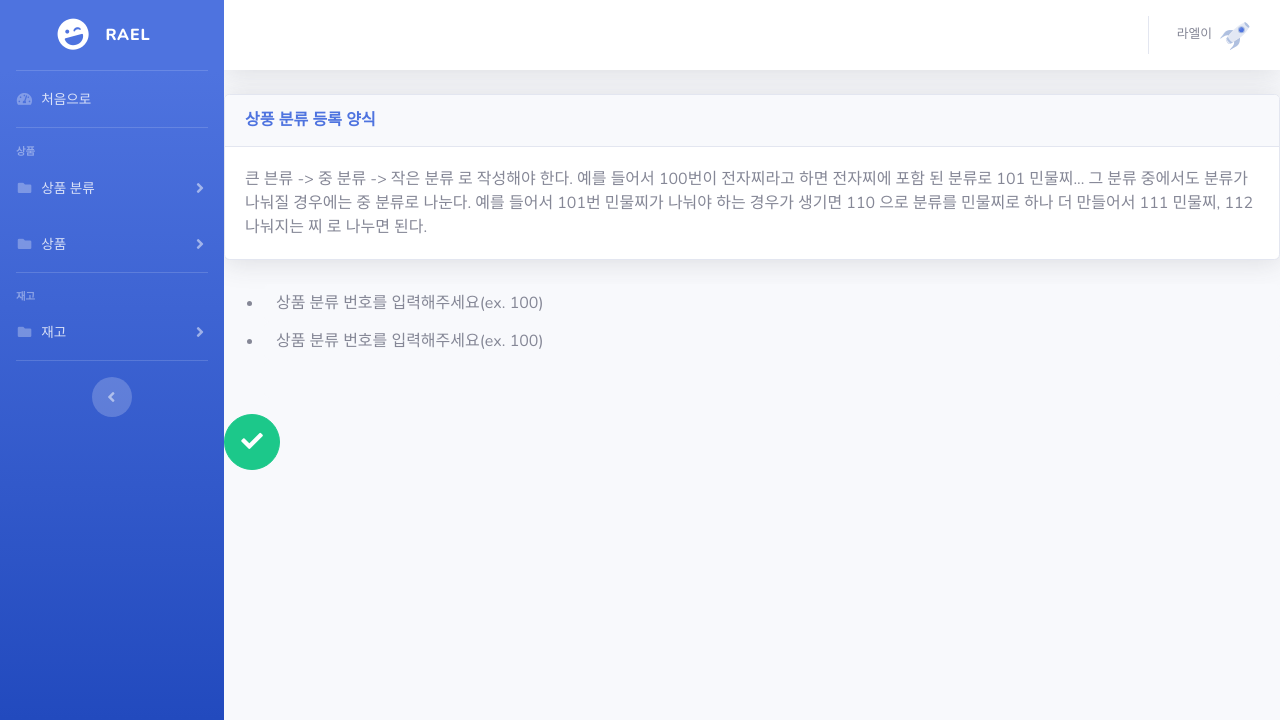
Repository: sww232/springRaelProject
Page: http://localhost/rael/WEB-INF/views/product/category_insert.jsp
The author's editor kept a copy of each file at every save. The page is drawn from the files as they stood at one save, then again after a run of saves.
The browser window is 1280 px wide. The pictures show the whole page.
The page is served by Tomcat 9. Nobody is signed in. Other server files are loaded and not shown. The template is opened directly, without the code that normally fills it, so the values that code supplies are empty.

Above is the page before, as saved 2022-10-06 18:39:22.

### raelproject3/rael/src/main/webapp/WEB-INF/views/product/category_insert.jsp
<%@ page language="java" contentType="text/html; charset=UTF-8" pageEncoding="UTF-8"%>
<%@ taglib uri="http://java.sun.com/jsp/jstl/core" prefix="c" %>
<%@ taglib prefix="sql" uri="http://java.sun.com/jsp/jstl/sql" %>
<%@ taglib prefix="fmt" uri="http://java.sun.com/jsp/jstl/fmt" %>
<!DOCTYPE html>
<html>
<head>
	    <meta name="viewport" content="width=device-width, initial-scale=1, shrink-to-fit=no">
	    <meta name="description" content="">
	    <meta name="author" content="">
	    <meta charset="UTF-8">
			<title>메인</title>

		<link href="/vendor/fontawesome-free/css/all.min.css" rel="stylesheet" type="text/css">
	    <link
	        href="https://fonts.googleapis.com/css?family=Nunito:200,200i,300,300i,400,400i,600,600i,700,700i,800,800i,900,900i"
	        rel="stylesheet">

	    <!-- Custom styles for this template -->
	    <link href="/css/sb-admin-2.min.css" rel="stylesheet">
	    <script src="/vendor/jquery/jquery.min.js"></script>
	    <script src="/vendor/bootstrap/js/bootstrap.bundle.min.js"></script>

	    <!-- Core plugin JavaScript-->
	    <script src="/vendor/jquery-easing/jquery.easing.min.js"></script>

	    <!-- Custom scripts for all pages-->
	    <script src="/js/sb-admin-2.min.js"></script>

	    <!-- Page level plugins -->
	    <script src="/vendor/datatables/jquery.dataTables.min.js"></script>
	    <script src="/vendor/datatables/dataTables.bootstrap4.min.js"></script>

	    <!-- Page level custom scripts -->
	    <script src="/js/demo/datatables-demo.js"></script>

	    <!-- Custom styles for this page -->
	    <link href="/vendor/datatables/dataTables.bootstrap4.min.css" rel="stylesheet">

	</head>
	<body id="page-top">
	<form>
		<div class="modal fade" id="moaModal1" tabindex="-1" role="dialog" aria-labelledby="exampleModalLabel" aria-hidden="true">

			<div class="modal-dialog" role="document">
				<div class="modal-content">
					<div class="modal-header">
						<h5 class="modal-title" id="exampleModalLabel">상품 등록을 위한 카테고리 선택</h5>
						<button class="close" type="button" data-dismiss="modal" aria-label="Close">
							<span aria-hidden="true">x</span>
						</button>
						</div>
						<div class="modal-body">
							<select name="categoryBox1" id="categoryBox1">
								<option value="defaultValue" selected></option>
								<c:forEach var="list" items="${categorynums}">
									<option value="${list}">
										${list}
									</option>
								</c:forEach>
							</select>
						</div>
					<div class="modal-footer">
						<button class="btn btn-primary" type="button" data-dismiss="modal">Cancel</button>
						<button class="btn btn-primary" type="submit" formaction="/product/product_insert">Choice</button>
					</div>
				</div>
			</div>
		</div>
		<div class="modal fade" id="moaModal2" tabindex="-1" role="dialog" aria-labelledby="exampleModalLabel" aria-hidden="true">

			<div class="modal-dialog" role="document">
				<div class="modal-content">
					<div class="modal-header">
						<h5 class="modal-title" id="exampleModalLabel">상품 추가 등록을 위한 카테고리 선택</h5>
						<button class="close" type="button" data-dismiss="modal" aria-label="Close">
							<span aria-hidden="true">x</span>
						</button>
						</div>
						<div class="modal-body">
							<select name="categoryBox2" id="categoryBox2">
								<option value="defaultValue" selected></option>
								<c:forEach var="list" items="${categorynums}">
									<option value="${list}">
										${list}
									</option>
								</c:forEach>
							</select>
						</div>
					<div class="modal-footer">
						<button class="btn btn-primary" type="button" data-dismiss="modal">Cancel</button>
						<button class="btn btn-primary" type="submit" formaction="/product/product_insert_detail">Choice</button>
					</div>
				</div>
			</div>
		</div>
		<div class="modal fade" id="moaModal3" tabindex="-1" role="dialog" aria-labelledby="exampleModalLabel" aria-hidden="true">

			<div class="modal-dialog" role="document">
				<div class="modal-content">
					<div class="modal-header">
						<h5 class="modal-title" id="exampleModalLabel">상품명/상세정보 수정을 위한 카테고리 선택</h5>
						<button class="close" type="button" data-dismiss="modal" aria-label="Close">
							<span aria-hidden="true">x</span>
						</button>
						</div>
						<div class="modal-body">
							<select name="categoryBox3" id="categoryBox3">
								<option value="defaultValue" selected></option>
								<c:forEach var="list" items="${categorynums}">
									<option value="${list}">
										${list}
									</option>
								</c:forEach>
							</select>
						</div>
					<div class="modal-footer">
						<button class="btn btn-primary" type="button" data-dismiss="modal">Cancel</button>
						<button class="btn btn-primary" type="submit" formaction="/product/product_update">Choice</button>
					</div>
				</div>
			</div>
		</div>
	</form>
	<div id="wrapper">
		 <ul class="navbar-nav bg-gradient-primary sidebar sidebar-dark accordion" id="accordionSidebar">

            <!-- Sidebar - Brand -->
            <a class="sidebar-brand d-flex align-items-center justify-content-center" href="/">
                <div class="sidebar-brand-icon rotate-n-15">
                    <i class="fas fa-laugh-wink"></i>
                </div>
                <div class="sidebar-brand-text mx-3">RAEL</div>
            </a>

            <!-- Divider -->
            <hr class="sidebar-divider my-0">

            <!-- Nav Item - Dashboard -->
            <li class="nav-item">
                <a class="nav-link" href="/">
                    <i class="fas fa-fw fa-tachometer-alt"></i>
                    <span>처음으로</span></a>
            </li>

            <!-- Divider -->
            <hr class="sidebar-divider">

            <!-- Heading -->
            <div class="sidebar-heading">
                상품
            </div>

            <!-- Nav Item - Pages Collapse Menu -->
            <li class="nav-item">
                <a class="nav-link collapsed" href="#" data-toggle="collapse" data-target="#collapseTwo"
                    aria-expanded="true" aria-controls="collapseTwo">
                    <i class="fas fa-fw fa-folder"></i>
                    <span>상품 분류</span>
                </a>
                <div id="collapseTwo" class="collapse" aria-labelledby="headingTwo" data-parent="#accordionSidebar">
                    <div class="bg-white py-2 collapse-inner rounded">
                        <h6 class="collapse-header">상풍 분류 탭</h6>
                        <a class="collapse-item" href="/product/category_select?page=1&recordSize=10&pageSize=10">상품 분류 조회</a>
                        <a class="collapse-item" href="/product/category_insert?insertresult=0">상품 분류 등록</a>
                        <a class="collapse-item" href="/product/category_update">상품 분류 수정</a>
                    </div>
                </div>
            </li>

            <!-- Nav Item - Utilities Collapse Menu -->
            <li class="nav-item">
                <a class="nav-link collapsed" href="#" data-toggle="collapse" data-target="#collapseUtilities"
                    aria-expanded="true" aria-controls="collapseUtilities">
                    <i class="fas fa-fw fa-folder"></i>
                    <span>상품</span>
                </a>
                <div id="collapseUtilities" class="collapse" aria-labelledby="headingUtilities"
                    data-parent="#accordionSidebar">
                    <div class="bg-white py-2 collapse-inner rounded">
                        <h6 class="collapse-header">상품 탭</h6>
                        <a class="collapse-item" href="/product/all_select?page=1&recordSize=10&pageSize=10">상품 조회</a>
                        <a class="collapse-item" href="#" data-toggle="modal" data-target="#moaModal1">
							<i class="fas fa-arrow-right"></i>상품 등록
						</a>
						<a class="collapse-item" href="#" data-toggle="modal" data-target="#moaModal2">
							<i class="fas fa-arrow-right"></i>상품 추가 등록
						</a>
						<a class="collapse-item" href="#" data-toggle="modal" data-target="#moaModal3">
							<i class="fas fa-arrow-right"></i>상품명/상세정보 수정
						</a>
                    </div>
                </div>
            </li>

            <!-- Divider -->
            <hr class="sidebar-divider">

            <!-- Heading -->
            <div class="sidebar-heading">
                재고
            </div>

            <!-- Nav Item - Pages Collapse Menu -->
            <li class="nav-item">
                <a class="nav-link collapsed" href="#" data-toggle="collapse" data-target="#collapsePages"
                    aria-expanded="true" aria-controls="collapsePages">
                    <i class="fas fa-fw fa-folder"></i>
                    <span>재고</span>
                </a>
                <div id="collapsePages" class="collapse" aria-labelledby="headingPages" data-parent="#accordionSidebar">
                    <div class="bg-white py-2 collapse-inner rounded">
                        <h6 class="collapse-header">재고</h6>
                        <a class="collapse-item" href="/stock/stock_select?page=1&recordSize=10&pageSize=10">재고 조회 및 입/출고</a>
                        <div class="collapse-divider"></div>
                        <h6 class="collapse-header">재고 입/출고</h6>
                        <a class="collapse-item" href="/stock/stock_history?page=1&recordSize=10&pageSize=10">내역</a>
                        <a class="collapse-item" href="/stock/stock_history_cancel?page=1&recordSize=10&pageSize=10">취소</a>
                    </div>
                </div>
            </li>

            <!-- Divider -->
            <hr class="sidebar-divider d-none d-md-block">

            <!-- Sidebar Toggler (Sidebar) -->
            <div class="text-center d-none d-md-inline">
                <button class="rounded-circle border-0" id="sidebarToggle"></button>
            </div>

        </ul>

        <!-- End of Sidebar -->

        <!-- Content Wrapper -->
        <div id="content-wrapper" class="d-flex flex-column">

            <!-- Main Content -->
            <div id="content">

                <!-- Topbar -->
                <nav class="navbar navbar-expand navbar-light bg-white topbar mb-4 static-top shadow">

                    <!-- Sidebar Toggle (Topbar) -->
                    <form class="form-inline">
                        <button id="sidebarToggleTop" class="btn btn-link d-md-none rounded-circle mr-3">
                            <i class="fa fa-bars"></i>
                        </button>
                    </form>

                    <!-- Topbar Search
                    <form
                        class="d-none d-sm-inline-block form-inline mr-auto ml-md-3 my-2 my-md-0 mw-100 navbar-search">
                        <div class="input-group">
                            <input type="text" class="form-control bg-light border-0 small" placeholder="Search for..."
                                aria-label="Search" aria-describedby="basic-addon2">
                            <div class="input-group-append">
                                <button class="btn btn-primary" type="button">
                                    <i class="fas fa-search fa-sm"></i>
                                </button>
                            </div>
                        </div>
                    </form>
					-->
                    <!-- Topbar Navbar -->
                    <ul class="navbar-nav ml-auto">

                        <!-- Nav Item - Search Dropdown (Visible Only XS) -->
                        <li class="nav-item dropdown no-arrow d-sm-none">
                            <a class="nav-link dropdown-toggle" href="#" id="searchDropdown" role="button"
                                data-toggle="dropdown" aria-haspopup="true" aria-expanded="false">
                                <i class="fas fa-search fa-fw"></i>
                            </a>
                            <!-- Dropdown - Messages -->
                            <div class="dropdown-menu dropdown-menu-right p-3 shadow animated--grow-in"
                                aria-labelledby="searchDropdown">
                                <form class="form-inline mr-auto w-100 navbar-search">
                                    <div class="input-group">
                                        <input type="text" class="form-control bg-light border-0 small"
                                            placeholder="Search for..." aria-label="Search"
                                            aria-describedby="basic-addon2">
                                        <div class="input-group-append">
                                            <button class="btn btn-primary" type="button">
                                                <i class="fas fa-search fa-sm"></i>
                                            </button>
                                        </div>
                                    </div>
                                </form>
                            </div>
                        </li>
                        <div class="topbar-divider d-none d-sm-block"></div>

                        <!-- Nav Item - User Information -->
                        <li class="nav-item dropdown no-arrow">
                            <a class="nav-link dropdown-toggle" href="#" id="userDropdown" role="button"
                                data-toggle="dropdown" aria-haspopup="true" aria-expanded="false">
                                <span class="mr-2 d-none d-lg-inline text-gray-600 small">라엘이</span>
                                <img class="img-profile rounded-circle"
                                    src="img/undraw_rocket.svg">
                            </a>
                            <!-- Dropdown - User Information -->
                            <div class="dropdown-menu dropdown-menu-right shadow animated--grow-in"
                                aria-labelledby="userDropdown">
                                <div class="dropdown-divider"></div>
                                <a class="dropdown-item" href="#" data-toggle="modal" data-target="#logoutModal">
                                    <i class="fas fa-sign-out-alt fa-sm fa-fw mr-2 text-gray-400"></i>
                                    Logout
                                </a>
                            </div>
                        </li>

                    </ul>

                </nav>
    		<!-- End of Topbar -->

			<div class="card shadow mb-4">
				<div class="card-header py-3 d-flex flex-row align-items-center justify-content-between">
					<h6 class="m-0 font-weight-bold text-primary">상풍 분류 등록 양식</h6>
				</div>
				<div class="card-body">

					큰 븐류 -> 중 분류 -> 작은 분류 로 작성해야 한다.
					예를 들어서 100번이 전자찌라고 하면 전자찌에 포함 된 분류로 101 민물찌...
					그 분류 중에서도 분류가 나눠질 경우에는 중 분류로 나눈다.
					예를 들어서 101번 민물찌가 나눠야 하는 경우가 생기면
					110 으로 분류를 민물찌로 하나 더 만들어서
					111 민물찌, 112 나눠지는 찌 로 나누면 된다.

				</div>
			</div>


			<form method="POST" action="/product/category_insert/INSERT">
				<ul>
					<li>
						<div class="input-group">
							<input type="text" class="form-control bg-light border-0 small" name="productcategory num" placeholder="상품 분류 번호를 입력해주세요(ex. 100)">
						</div>
					</li>
					<li>
						<div class="input-group">
							<input type="text" class="form-control bg-light border-0 small" name="productcategory num" placeholder="상품 분류 번호를 입력해주세요(ex. 100)">
						</div>
						<input bgcolor="white" type="text" class="form-control bg-light border-0 small" name="productcategory name">
					</li>
				</ul>

				<button type="submit" class="btn btn-success btn-circle btn-lg">
					<i class="fas fa-check"></i>
				</button>

			</form>

			<c:if test="${insertresult == 1}">
				<script type="text/javascript">
					alert("성공적으로 등록 하였습니다.");
				</script>
			</c:if>
    	</div>

	</div>
</body>
</html>

### raelproject3/rael/src/main/resources/static/img/undraw_rocket.svg
<?xml version="1.0" encoding="utf-8"?>
<!-- Generator: Adobe Illustrator 25.0.0, SVG Export Plug-In . SVG Version: 6.00 Build 0)  -->
<svg version="1.1" id="b759170a-51c3-4e2f-999d-77dec9fd6d11"
	 xmlns="http://www.w3.org/2000/svg" xmlns:xlink="http://www.w3.org/1999/xlink" x="0px" y="0px" viewBox="0 0 650.9 610.5"
	 style="enable-background:new 0 0 650.9 610.5;" xml:space="preserve">
<style type="text/css">
	.st0{fill:#AFC0E0;}
	.st1{opacity:0.2;fill:#FFFFFF;enable-background:new    ;}
	.st2{opacity:0.1;enable-background:new    ;}
	.st3{fill:#E3E8F4;}
	.st4{fill:#4E73DF;}
</style>
<path class="st0" d="M174,321c-2-1.6-4.2-3-6.6-4.2c-51.8-26.2-157,67.8-157,67.8L0,372.7c0,0,42.1-43.8,92.4-117.3
	c45.2-66.1,150.7-51.8,171.4-48.3c2.3,0.4,3.6,0.7,3.6,0.7C298.7,288.3,174,321,174,321z"/>
<path class="st1" d="M269.4,213.9c-0.6-2-1.3-4-2-6c0,0-1.2-0.2-3.6-0.7c-20.7-3.5-126.2-17.8-171.4,48.3C42.1,329,0,372.7,0,372.7
	l5.9,6.7c0,0,42.1-43.8,92.4-117.3C143.3,196.3,248,210.2,269.4,213.9z"/>
<path class="st0" d="M337.7,533.4c-79.2,40.8-127.8,77.1-127.8,77.1l-10.5-11.9c0,0,111.1-96.8,85.3-150.9c-0.5-1.2-1.2-2.3-1.9-3.4
	c0,0,47.9-119.6,123.9-78.5c0,0,0.1,1,0.2,2.9C407.8,387.8,409.7,496.3,337.7,533.4z"/>
<path class="st2" d="M174,321c-2-1.6-4.2-3-6.6-4.2c29.3-38.9,61.5-75.5,96.3-109.7c2.3,0.4,3.6,0.7,3.6,0.7
	C298.7,288.3,174,321,174,321z"/>
<path class="st2" d="M406.9,368.6c-38.6,29.6-79.4,56.1-122.3,79.1c-0.5-1.2-1.2-2.3-1.9-3.4c0,0,47.9-119.6,123.9-78.5
	C406.7,365.7,406.8,366.7,406.9,368.6z"/>
<path class="st3" d="M263.6,455.5c-20.3,10.4-41.6,20.5-64,30.2c-33.6,14.6-51.5-2.2-80.7-91.5c0,0,12.5-22.5,37.2-57
	c54.3-75.8,167.5-209.1,336.1-286.7C542.7,27.1,596.1,10.1,650.9,0c0,0-9.1,68.8-62,160.1S439.1,365.3,263.6,455.5z"/>
<circle class="st0" cx="435.6" cy="199.7" r="71.6"/>
<path class="st4" d="M469.2,237.9c-21,18.6-53.1,16.6-71.7-4.5c-7.8-8.8-12.2-20-12.7-31.8c-0.2-4.7,0.3-9.4,1.4-14
	c0.5-2,1.1-4.1,1.9-6c2.9-7.7,7.7-14.5,13.8-19.9c0.3-0.3,0.6-0.5,0.9-0.8c17.1-14.4,41.5-15.9,60.3-3.8c3.5,2.3,6.7,4.9,9.5,7.9
	l1,1.1C492.2,187.2,490.2,219.3,469.2,237.9C469.2,237.8,469.2,237.9,469.2,237.9z"/>
<path class="st0" d="M588.9,160.1c-83-35.2-96.8-109.6-96.8-109.6C542.7,27,596.1,10.1,650.9,0C650.9,0,641.8,68.8,588.9,160.1z"/>
<path class="st0" d="M263.6,455.5c-13.7,7.1-27.9,13.9-42.6,20.7c-7,3.2-14.1,6.4-21.4,9.5c-10.9,4.7-51.5-2.2-80.7-91.5
	c0,0,4.1-7.3,12.1-20c6.1-9.6,14.5-22.2,25.1-37c0,0,11,33.2,41.1,67.3C215.8,425.7,238.4,443,263.6,455.5z"/>
<path class="st3" d="M221,476.2c-7,3.2-14.1,6.4-21.4,9.5c-10.9,4.7-51.5-2.2-80.7-91.5c0,0,4.1-7.3,12.1-20
	C131,374.2,170.2,456.9,221,476.2z"/>
<path class="st1" d="M463.2,157l-0.1,0l-60.1,3.9c-0.3,0.3-0.6,0.5-0.9,0.8c-6.2,5.4-10.9,12.3-13.8,19.9l84.5-16.6L463.2,157z"/>
<path class="st1" d="M438.8,194.3l-53.9,7.3c-0.2-4.7,0.3-9.4,1.4-14l52.8,1.4L438.8,194.3z"/>
<path class="st1" d="M131.7,408.7c0,0,12.5-22.5,37.2-57C223.2,276,336.4,142.7,504.9,65c45.6-21.1,93.3-36.9,142.5-47.3
	C650.1,6.4,650.9,0,650.9,0c-54.8,10.1-108.2,27-158.7,50.5c-168.6,77.7-281.8,211-336.1,286.7c-24.7,34.4-37.2,57-37.2,57
	c11.5,35.3,26.6,57,40.5,70.3C149.4,451.4,139.7,433.3,131.7,408.7z"/>
</svg>

Loaded but not shown: raelproject3/rael/src/main/resources/static/css/sb-admin-2.min.css (library); raelproject3/rael/src/main/resources/static/js/sb-admin-2.min.js (common file); raelproject3/rael/src/main/resources/static/js/demo/datatables-demo.js (common file)

After the next 2 saves:
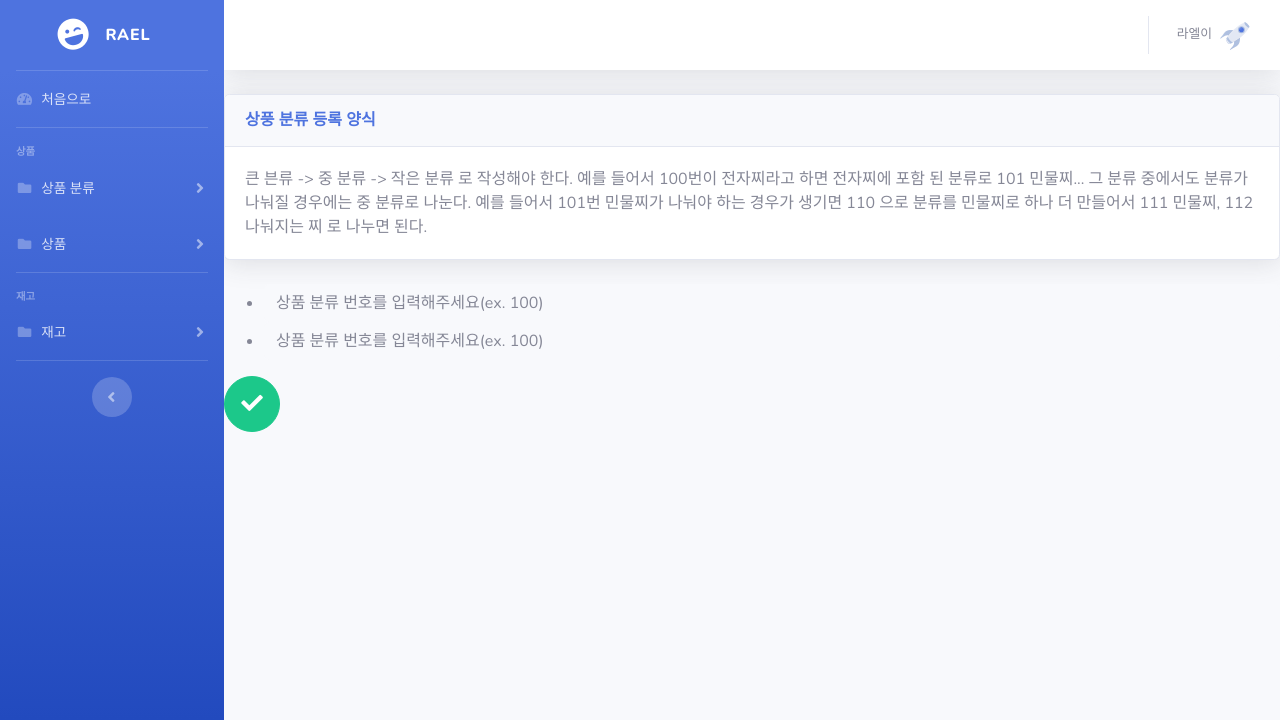
The 2 saves are shown as one change because they came seconds apart.
The last was saved 13 s later.
--- a/raelproject3/rael/src/main/webapp/WEB-INF/views/product/category_insert.jsp
+++ b/raelproject3/rael/src/main/webapp/WEB-INF/views/product/category_insert.jsp
@@ -340,9 +340,8 @@
 					</li>
 					<li>
 						<div class="input-group">
-							<input type="text" class="form-control bg-light border-0 small" name="productcategory num" placeholder="상품 분류 번호를 입력해주세요(ex. 100)">
-						</div>
-						<input bgcolor="white" type="text" class="form-control bg-light border-0 small" name="productcategory name">
+							<input type="text" class="form-control bg-light border-0 small" name="productcategory name" placeholder="상품 분류 번호를 입력해주세요(ex. 100)">
+						</div>
 					</li>
 				</ul>
 
